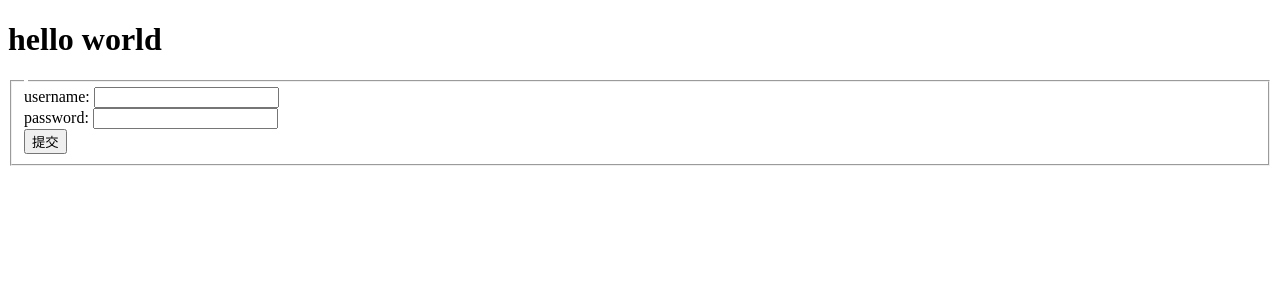
Repository: jarvanstack/vscode
Page: HTML/demo.html
The author's editor kept a copy of each file at every save. The page is drawn from the files as they stood at one save, then again after the next save.
The browser window is 1280 px wide. The pictures show the whole page.

Above is the page before, as saved 2020-06-15 17:10:52.

After the next save:
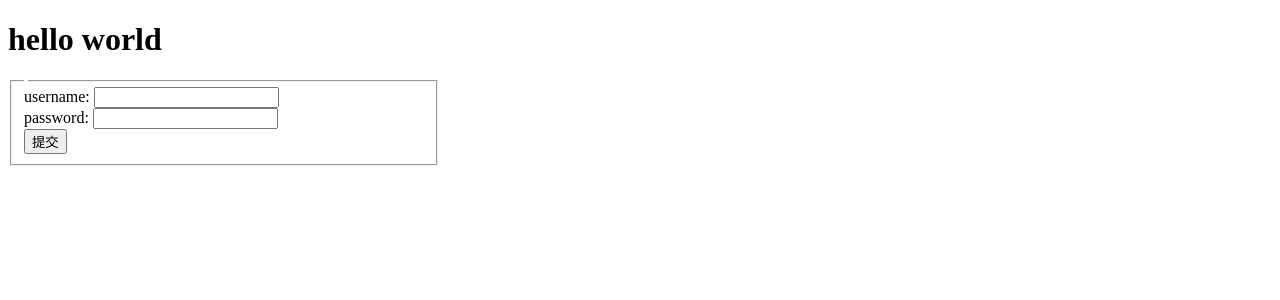
Saved 25 s later.
--- a/HTML/demo.html
+++ b/HTML/demo.html
@@ -4,6 +4,12 @@
     <meta charset="UTF-8">
     <meta name="viewport" content="width=device-width, initial-scale=1.0">
     <title>hello</title>
+    <style>
+        fieldset
+        {
+            width: 400px;
+        }
+    </style>
 </head>
 <body>
     <h1>hello world</h1>
